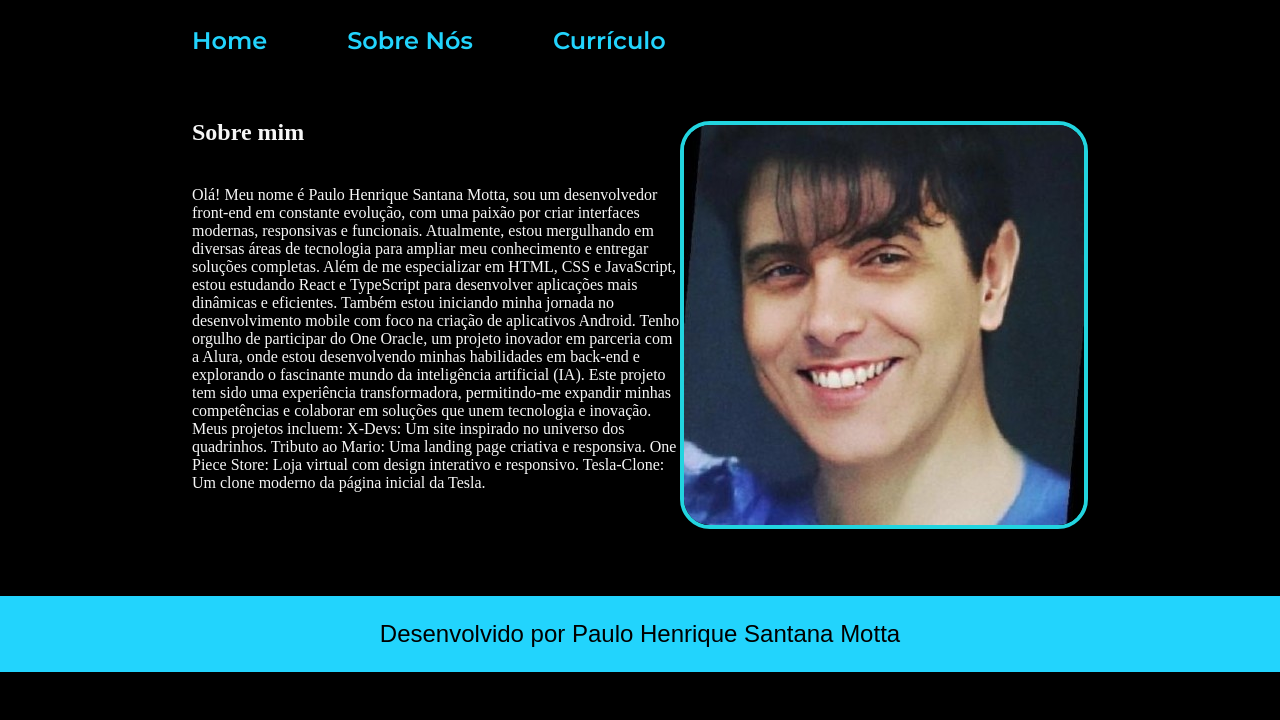
Repository: phsmottanerd/projeto-portfolio-alura
Page: about.html
An editor plug-in stored every save of this project. The page is shown before and after the next save, followed by the edit.
The browser window is 1280 px wide. The pictures show the whole page.
Some web fonts or font styles are not loaded; a fallback is used.

Above is the page before, as saved 2025-01-28 00:50:09.

### about.html
<!DOCTYPE html>
<html lang="pt-BR">
<head>
    <meta charset="UTF-8">
    <meta name="viewport" content="width=device-width, initial-scale=1.0">
   <link rel="stylesheet" href="./estilos/style.css">
    <title>Sobre mim</title>
</head>
<body>
<header class="cabecalho">
    <nav class="cabecalho__menu">
        <a class="cabecalho__menu__link" href="index.html">Home</a>
        <a class="cabecalho__menu__link" href="about.html">Sobre Nós</a>
        <a class="cabecalho__menu__link">Currículo</a>
      </nav>
</header>
<main class="apresentacao">
<section class="apresentacao__conteudo">

    <h1>Sobre mim</h1>
<p>Olá! Meu nome é Paulo Henrique Santana Motta, sou um desenvolvedor front-end em constante evolução, com uma paixão por criar interfaces modernas, responsivas e funcionais.

    Atualmente, estou mergulhando em diversas áreas de tecnologia para ampliar meu conhecimento e entregar soluções completas. Além de me especializar em HTML, CSS e JavaScript, estou estudando React e TypeScript para desenvolver aplicações mais dinâmicas e eficientes. Também estou iniciando minha jornada no desenvolvimento mobile com foco na criação de aplicativos Android.

    Tenho orgulho de participar do One Oracle, um projeto inovador em parceria com a Alura, onde estou desenvolvendo minhas habilidades em back-end e explorando o fascinante mundo da inteligência artificial (IA). Este projeto tem sido uma experiência transformadora, permitindo-me expandir minhas competências e colaborar em soluções que unem tecnologia e inovação.

    Meus projetos incluem:

    X-Devs: Um site inspirado no universo dos quadrinhos.
    Tributo ao Mario: Uma landing page criativa e responsiva.
    One Piece Store: Loja virtual com design interativo e responsivo.
    Tesla-Clone: Um clone moderno da página inicial da Tesla.</p>
<p></p>
</section>

<img class="img-foto" src="./img/1722867171561.jpg" alt="Paulo Henrique Santana Motta  programando" />
</main>
<footer class="rodape">
    <p>Desenvolvido por Paulo Henrique Santana Motta</p>


</footer>

</body>
</html>

### estilos/style.css
@import url('https://fonts.googleapis.com/css2?family=Krona+One&family=Montserrat:wght@400;600&display=swap');

*{
    margin: 0;
    padding: 0;
}

body{

    box-sizing: border-box;
    background-color: #000000;
    color: #F6F6F6;
}
.cabecalho{
padding: 2%  0%  0%  15%;


}
.cabecalho__menu{

    display:flex;
    gap:80px;
}

.cabecalho__menu__link{

    font-family:'Montserrat',sans-serif;
    font-size:24px;
    font-weight:600;
    color:#22D4FD;
    text-decoration:none;
}

.titulo-destaque{
    color: #22D4FD;
}

.apresentacao{
    padding: 5% 15%;
    display: flex;
    align-items: center;
    justify-content: space-between;
}
.apresentacao__conteudo{
    width: 615px;
    display: flex;
    flex-direction: column;
    gap: 40px;
}

.apresentacao__conteudo__titulo{
    font-size: 36px;
    font-family: 'Krona One', sans-serif;
}

.apresentacao__conteudo__texto{
    font-size: 24px;
    font-family: 'Montserrat', sans-serif;
}

.apresentacao__links{
    display: flex;
    flex-direction: column;
    justify-content: space-between;
    align-items: center;
    gap: 32px;
}
.apresentacao__links__subtitulo{
    font-family: 'Krona One', sans-serif;
    font-weight: 400;
    font-size: 24px;
}
.apresentacao__links__link{

    /* background-color: #22D4FD; */
    justify-content:center;
    gap:16px;
    display:flex;
    border: 2px solid #22D4FD;
    width: 378px;
    text-align: center;
    border-radius: 8px;
    font-size: 24px;
    font-weight: 600;
    padding: 21.5px 0;
    text-decoration: none;
    color: #F6F6F6;
    font-family: 'Montserrat', sans-serif;
}
.apresentacao__links__link:hover{

background-color:#272727;

}
.rodape{
padding: 24px;
color:#000;
background-color:#22D4FD;
text-align:center;
font-family:"Montsearrat",sans-serif;
 font-size: 24px;
 font-weight: 400;
}
.img-foto{
border-radius:30px;
border: 4px solid #22D4DF;
width: 500px;
heighit: 500px;
}

After the next save:
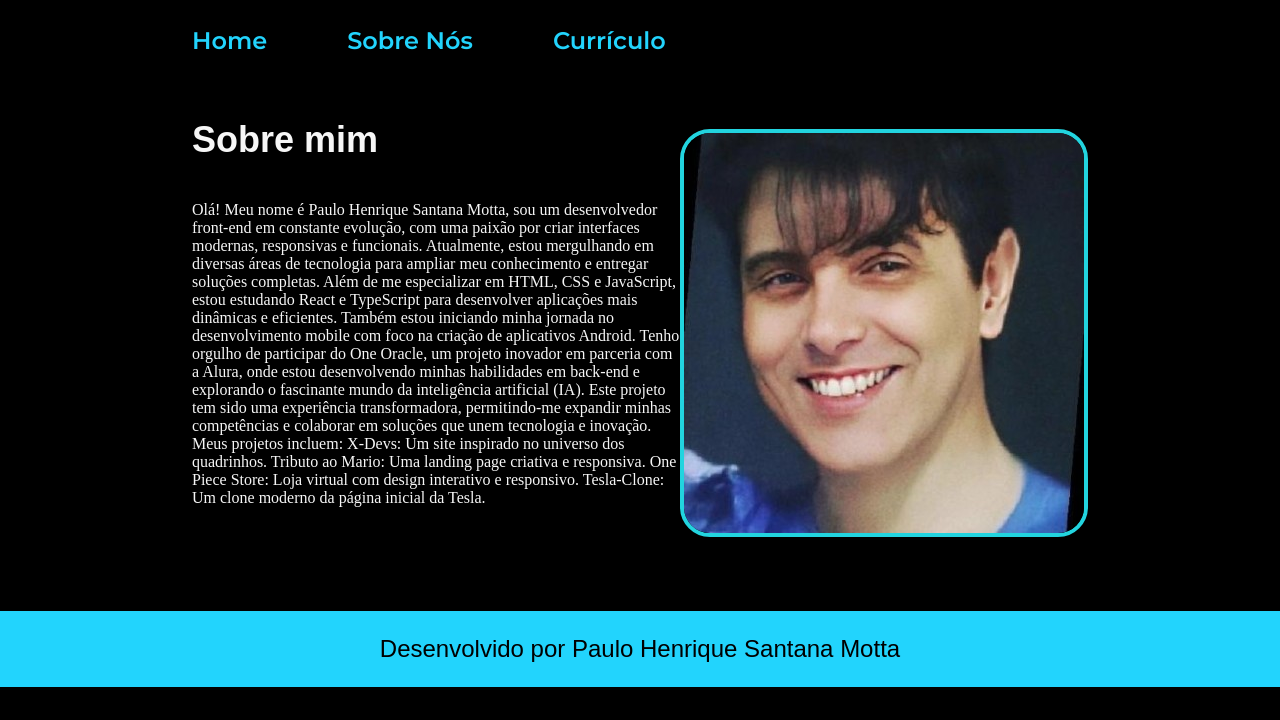
Saved 60 s later.
--- a/about.html
+++ b/about.html
@@ -17,7 +17,7 @@
 <main class="apresentacao">
 <section class="apresentacao__conteudo">
 
-    <h1>Sobre mim</h1>
+    <h1 class="apresentacao__conteudo__titulo">Sobre mim</h1>
 <p>Olá! Meu nome é Paulo Henrique Santana Motta, sou um desenvolvedor front-end em constante evolução, com uma paixão por criar interfaces modernas, responsivas e funcionais.
 
     Atualmente, estou mergulhando em diversas áreas de tecnologia para ampliar meu conhecimento e entregar soluções completas. Além de me especializar em HTML, CSS e JavaScript, estou estudando React e TypeScript para desenvolver aplicações mais dinâmicas e eficientes. Também estou iniciando minha jornada no desenvolvimento mobile com foco na criação de aplicativos Android.
